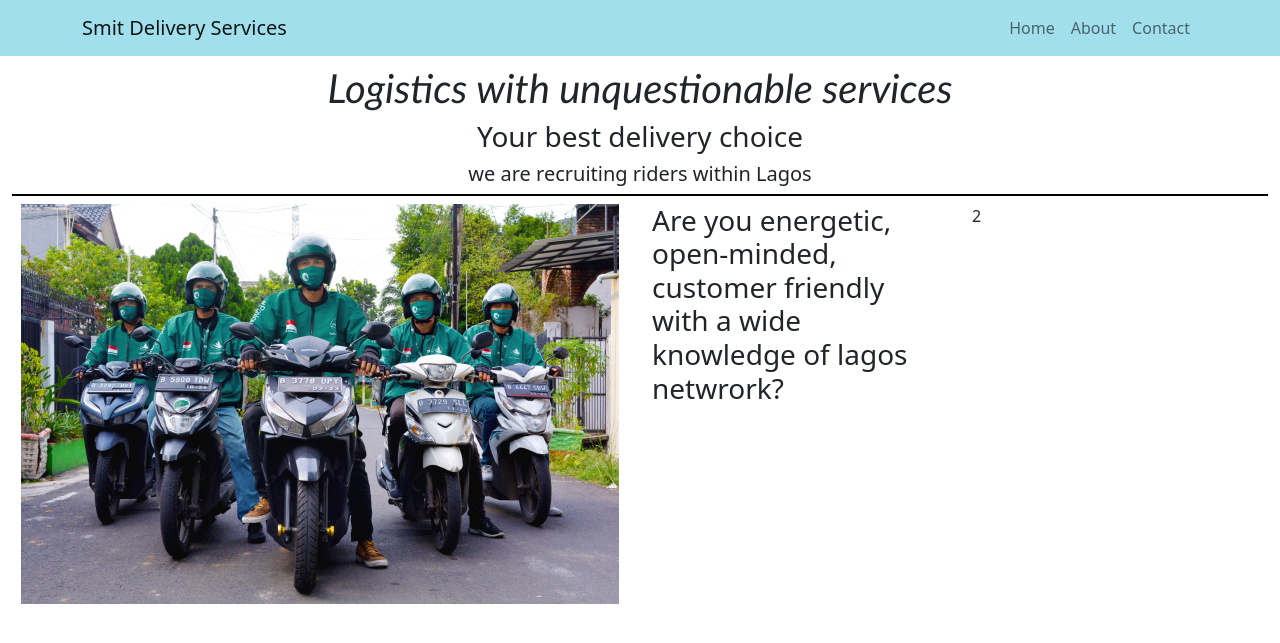
Repository: smit1298/logistic
Page: /
An editor plug-in stored every save of this project. The page is shown before and after a run of saves, followed by the edit.
The browser window is 1280 px wide. The pictures show the whole page.
The project was rebuilt for these pictures with package versions that can differ from the ones it lists, and the page was loaded fresh each time.

Above is the page before, as saved 2021-10-04 08:21:24.

### public/index.html
<!DOCTYPE html>
<html lang="en">
  <head>
    <meta charset="utf-8" />
    <link rel="icon" href="%PUBLIC_URL%/favicon.ico" />
    <meta name="viewport" content="width=device-width, initial-scale=1" />
    <meta name="theme-color" content="#000000" />
    <meta
      name="description"
      content="Web site created using create-react-app"
    />
    <link rel="apple-touch-icon" href="%PUBLIC_URL%/logo192.png" />

    <link rel="manifest" href="%PUBLIC_URL%/manifest.json" />

    <title>Smit Delivery Services</title>
  </head>
  <body>
    <noscript>You need to enable JavaScript to run this app.</noscript>
    <div id="root"></div>

  </body>
</html>

### src/App.js
// import './App.css';
import Navs from './components/navs/Navs';
import RecruitForm from './components/recruit/RecruitForm';

function App() {
  return (
    <div>
      <Navs />
      <RecruitForm />
    </div>
  );
}

export default App;

### src/components/Navs/Navs.jsx
import React from "react";
import "bootstrap/dist/css/bootstrap.css";
import { Navbar, Container, Nav } from "react-bootstrap";
import './Navs.css'

 const Navs = () => {
  return (
    <div>
      <Navbar id='navbar' bg="light" expand="lg">
        <Container>
          <Navbar.Brand href="#home">Smit Delivery Services</Navbar.Brand>
          <Navbar.Toggle aria-controls="basic-navbar-nav" />
          <Navbar.Collapse id="basic-navbar-nav">
            <Nav className="ms-auto">
              <Nav.Link href="#home">Home</Nav.Link>
              <Nav.Link href="#about">About </Nav.Link>
              <Nav.Link href="#contact">Contact </Nav.Link>
            </Nav>
          </Navbar.Collapse>
        </Container>
      </Navbar>
    </div>
  );
};

export default Navs;

### src/components/recruit/RecruitForm.jsx
import React from "react";
import "bootstrap/dist/css/bootstrap.css";
import { Row, Col} from "react-bootstrap";
import Left from "../images/background.jpg";
import "./RecruitForm.css";

const recruitForm = () => {
  return (
    <div className="container-fluid" id="recruit">
      <div className="mt-2 justify-content-md-center" id="top">
        <h1 className="text-center">Logistics with unquestionable services</h1>
        <h3 className="text-center">Your best delivery choice</h3>
        <h5 className="text-center">we are recruiting riders within Lagos</h5>
      </div>
      <Row className="mt-2">
        <Col className=" mb-2 ms-auto text-center">
          <img src={Left} alt="we are recruiting riders" />
        </Col>
        <Col className="me-auto ">
          <Row>
            <Col className="vaccancy"><h3>Are you energetic, open-minded, customer friendly with a wide knowledge of lagos netwrork?</h3></Col>
            <Col>2</Col>
          </Row>
          {/* <Form className="me-auto" >
            <Row className="mb-3">
              <Form.Group as={Col} controlId="formGridName">
                <Form.Label>First Name</Form.Label>
                <Form.Control type="name" placeholder="Enter firstname" />
              </Form.Group>
              <Form.Group as={Col} controlId="formGridName">
                <Form.Label>Last Name</Form.Label>
                <Form.Control type="name" placeholder="Enter lastname" />
              </Form.Group>
            </Row>
            <Form.Group className="mb-3" controlId="formGridAddress1">
              <Form.Label>Address</Form.Label>
              <Form.Control placeholder="12 Smit St, ikeja, Lagos Mainland" />
            </Form.Group>
            <Form.Group className="mb-3" controlId="formGridPhone">
              <Form.Label>Phone Number</Form.Label>
              <Form.Control placeholder="Enter Your Phone number" />
            </Form.Group>

            <Form.Group>
              <p>Do you have a rider permit ?</p>
              <div class="form-check form-check-inline">
                <input
                  class="form-check-input"
                  type="radio"
                  name="inlineRadioOptions"
                  id="inlineRadio1"
                  value="option1"
                />
                <label class="form-check-label" for="inlineRadio1">
                  Yes
                </label>
              </div>
              <div class="form-check form-check-inline">
                <input
                  class="form-check-input"
                  type="radio"
                  name="inlineRadioOptions"
                  id="inlineRadio2"
                  value="option2"
                />
                <label class="form-check-label" for="inlineRadio2">
                  No
                </label>
              </div>
            </Form.Group>
            <br />
            <Button variant="primary" type="submit">
              Submit
            </Button>
          </Form> */}
        </Col>
      </Row>
    </div>
  );
};

export default recruitForm;

### src/components/Navs/Navs.css
#navbar{
    background-color: rgb(160, 223, 235) !important;
    font-weight: 400 !important;
}

### src/components/recruit/RecruitForm.css
body,
html {
  height: 100% !important;
}


#top {
    border-bottom: 2px solid black;
  /* background-image: url("../images/lorry.jpg"); */
  height: 100% !important;
  background-position: center;
  background-repeat: no-repeat;
  background-size: cover;
  /* border: 1px solid black; */
  /* border-radius: 10px; */
}

#top h1{
font-family: 'Gill Sans', 'Gill Sans MT', Calibri, 'Trebuchet MS', sans-serif !important;
font-style: italic !important;
}
#top h1{
font-family: 'Gill Sans', 'Gill Sans MT', Calibri, 'Trebuchet MS', sans-serif !important;
font-style: italic !important;
}
#top h1{
font-family: 'Gill Sans', 'Gill Sans MT', Calibri, 'Trebuchet MS', sans-serif !important;
font-style: italic !important;
}

Loaded but not shown: src/index.js (common file); src/index.css (common file); src/reportWebVitals.js (common file)

After the next 2 saves:
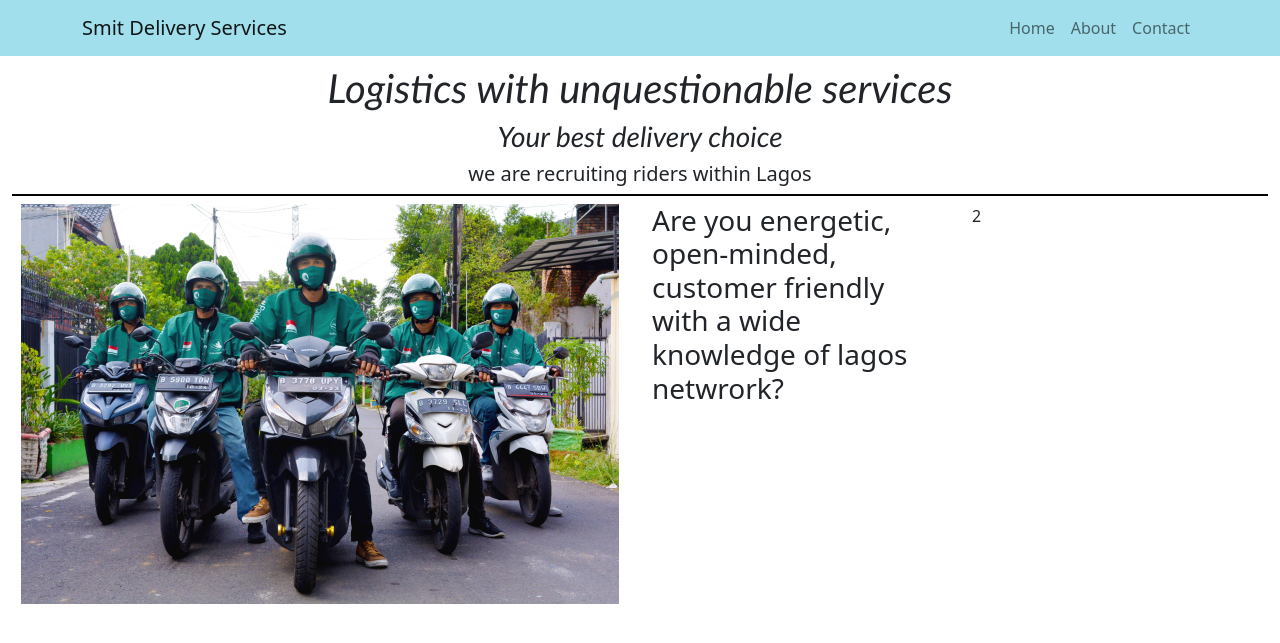
The 2 saves are shown as one change because they came seconds apart.
The last was saved 19 s later.
--- a/src/components/recruit/RecruitForm.css
+++ b/src/components/recruit/RecruitForm.css
@@ -19,7 +19,7 @@ html {
 font-family: 'Gill Sans', 'Gill Sans MT', Calibri, 'Trebuchet MS', sans-serif !important;
 font-style: italic !important;
 }
-#top h1{
+#top h3{
 font-family: 'Gill Sans', 'Gill Sans MT', Calibri, 'Trebuchet MS', sans-serif !important;
 font-style: italic !important;
 }
